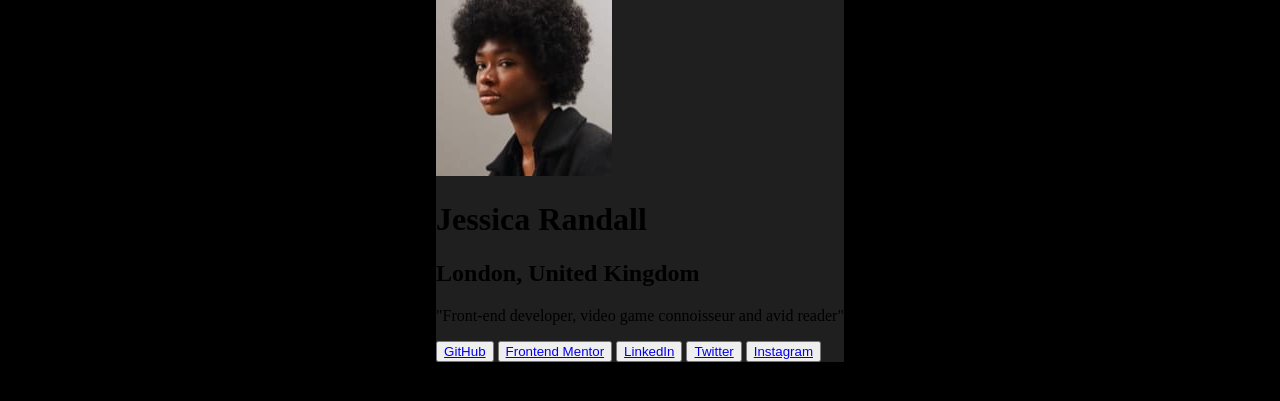
Repository: brandontaylor1/social-links-profile
Page: index.html
An editor plug-in stored every save of this project. The page is shown before and after a run of saves, followed by the edit.
The browser window is 1280 px wide. The pictures show the whole page.

Above is the page before, as saved 2024-12-25 17:03:47.

After the next 2 saves:
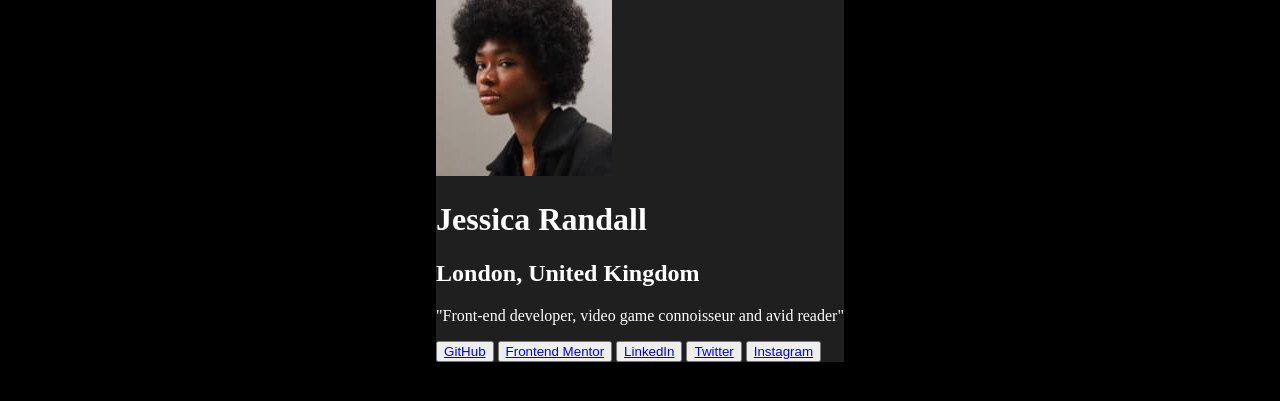
The 2 saves are shown as one change because they came seconds apart.
The last was saved 8 s later.
--- a/styles.css
+++ b/styles.css
@@ -23,5 +23,6 @@ body {
 
 .container {
     background-color: var(--gray-800);
+    color: var(--color-white);
 
 }
